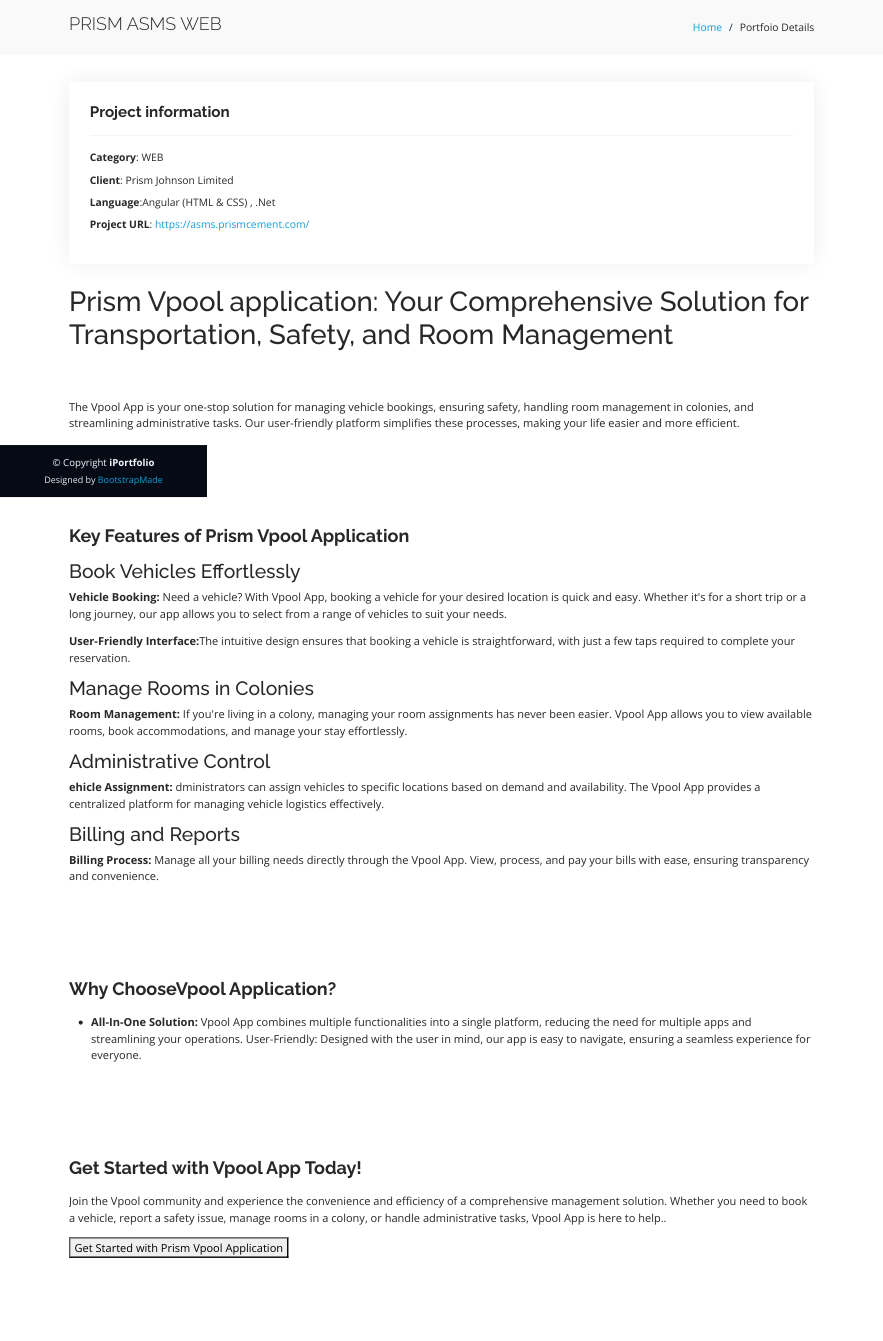
Repository: ajeettiwari-2809/iPortfolio
Page: asms.html
These files come from the project's save history. The page is drawn as it stood at one moment and after the next save; the edit follows.
The browser window is 1280 px wide. The pictures show the whole page, at 69% of full size.

Above is the page before, as saved 2024-06-05 15:27:57.

### asms.html
<!DOCTYPE html>
<html lang="en">

<head>
  <meta charset="utf-8">
  <meta content="width=device-width, initial-scale=1.0" name="viewport">

  <title>Prism ASMS APP </title>


  <!-- Favicons -->

  <!-- Google Fonts -->
  <link href="https://fonts.googleapis.com/css?family=Open+Sans:300,300i,400,400i,600,600i,700,700i|Raleway:300,300i,400,400i,500,500i,600,600i,700,700i|Poppins:300,300i,400,400i,500,500i,600,600i,700,700i" rel="stylesheet">

  <!-- Vendor CSS Files -->
  <link href="assets/vendor/aos/aos.css" rel="stylesheet">
  <link href="assets/vendor/bootstrap/css/bootstrap.min.css" rel="stylesheet">
  <link href="assets/vendor/bootstrap-icons/bootstrap-icons.css" rel="stylesheet">
  <link href="assets/vendor/boxicons/css/boxicons.min.css" rel="stylesheet">
  <link href="assets/vendor/glightbox/css/glightbox.min.css" rel="stylesheet">
  <link href="assets/vendor/swiper/swiper-bundle.min.css" rel="stylesheet">

  <!-- Template Main CSS File -->
  <link href="assets/css/style.css" rel="stylesheet">

  <!-- =======================================================
  * Template Name: iPortfolio
  * Template URL: https://bootstrapmade.com/iportfolio-bootstrap-portfolio-websites-template/
  * Updated: Mar 17 2024 with Bootstrap v5.3.3
  * Author: BootstrapMade.com
  * License: https://bootstrapmade.com/license/
  ======================================================== -->
</head>

<body>

  <!-- ======= Mobile nav toggle button ======= -->
  <!-- <i class="bi bi-list mobile-nav-toggle d-xl-none"></i> -->

  <!-- ======= Header ======= -->



    <!-- ======= Breadcrumbs ======= -->
    <section id="breadcrumbs" class="breadcrumbs">
      <div class="container">

        <div class="d-flex justify-content-between align-items-center">
          <h2>PRISM ASMS WEB</h2>
          <ol>
            <li><a href="index.html">Home</a></li>
            <li>Portfoio Details</li>
          </ol>
        </div>

      </div>
    </section><!-- End Breadcrumbs -->

    <!-- ======= Portfolio Details Section ======= -->
    <!-- <section id="portfolio-details" class="portfolio-details">
      <div class="container">

        <div class="row gy-4">

          <div class="col-lg-8">
            <div class="portfolio-details-slider swiper">
              <div class="swiper-wrapper align-items-center">

                <div class="swiper-slide">
                  <img src="assets/img/portfolio/portfolio-details-1.jpg" alt="">
                </div>

                <div class="swiper-slide">
                  <img src="assets/img/portfolio/portfolio-details-2.jpg" alt="">
                </div>

                <div class="swiper-slide">
                  <img src="assets/img/portfolio/portfolio-details-3.jpg" alt="">
                </div>

              </div>
              <div class="swiper-pagination"></div>
            </div>
          </div>

          <div class="col-lg-4">
            <div class="portfolio-info">
              <h3>Project information</h3>
              <ul>
                <li><strong>Category</strong>: Android </li>
                <li><strong>Client</strong>: Prism Johnson Limited</li>

                <li><strong>Project URL</strong>: <a href="https://play.google.com/store/search?q=prism%20aspire&c=apps&hl=en-IN">https://play.google.com/store/search?q=prism%20aspire&c=apps&hl=en-IN</a></li>
              </ul>
            </div>
            <div class="portfolio-description">
              <header>
                <h1>Prism Aspire App: Empowering Architect and Engineering Excellence</h1>
            </header>

            <section class="intro">
                <p>At Prism Johnson Limited, we understand the unique challenges faced by architects and engineers in managing projects efficiently. That’s why we’ve developed the <strong>Prism Aspire App</strong>, a comprehensive solution designed to enhance your workflow and ensure seamless project management. With a focus on user-friendly functionality, Prism Aspire offers a range of features tailored to meet the specific needs of the architectural and engineering community.</p>
            </section>

            <section class="features">
                <h2>Key Features of Prism Aspire</h2>
                <div class="feature-card">
                    <h3>Lead Management</h3>
                    <p><strong>Add New Leads:</strong> Easily input new project leads directly into the app. Capture all relevant details, ensuring no opportunity is missed.</p>
                    <p><strong>Verify Leads:</strong> Use the app to verify the authenticity and viability of leads. Streamline the process of validating project opportunities, saving time and resources.</p>
                </div>

                <div class="feature-card">
                    <h3>Lead Approval</h3>
                    <p><strong>Approve Leads:</strong> Manage lead approval efficiently with a few simple taps. Ensure that only verified and viable leads move forward, maintaining high standards of project quality.</p>
                </div>

                <div class="feature-card">
                    <h3>Redemption Management</h3>
                    <p><strong>Redeem Points:</strong> Accumulate and redeem points earned through successful project completions and lead conversions. Enjoy a straightforward redemption process directly within the app.</p>
                </div>

                <div class="feature-card">
                    <h3>Catalogue Points</h3>
                    <p><strong>Explore Catalogue:</strong> Browse through a comprehensive catalogue of rewards and benefits. Use your accumulated points to access exclusive offers, tools, and resources tailored for architects and engineers.</p>
                </div>
            </section>

            <section class="benefits">
                <h2>Why Choose Prism Aspire?</h2>
                <ul>
                    <li><strong>User-Friendly Interface:</strong> Designed with simplicity in mind, the app’s intuitive interface ensures you can manage leads, approvals, and redemptions with ease.</li>
                    <li><strong>Efficiency:</strong> Streamline your workflow by managing all aspects of lead generation and project approval in one place, reducing administrative overhead.</li>
                    <li><strong>Rewards System:</strong> Earn points for your efforts and redeem them for valuable rewards, enhancing your professional toolkit and supporting your ongoing projects.</li>
                    <li><strong>Comprehensive Support:</strong> Access a wealth of resources and support within the app to assist you in maximizing its features and capabilities.</li>
                </ul>
            </section>

            <section class="call-to-action">
                <h2>Empowering Your Success</h2>
                <p>Prism Aspire is more than just an app; it’s a partner in your professional journey. By integrating essential project management features into a single platform, we help you stay organized, make informed decisions, and reward your hard work. Whether you’re managing a small-scale project or overseeing multiple large ventures, Prism Aspire provides the tools you need to excel.</p>
                <button class="download-btn">Get Started with Prism Aspire</button>
            </section>

              </p>
            </div>
          </div>

        </div>

      </div>
    </section>End Portfolio Details Section -->

    <section id="portfolio-details" class="portfolio-details">
      <div class="container">


        <div class="portfolio-info">
          <h3>Project information</h3>
          <ul>
            <li><strong>Category</strong>: WEB </li>
            <li><strong>Client</strong>: Prism Johnson Limited</li>
            <li><strong>Language</strong>:Angular  (HTML & CSS) , .Net  </li>
            <li><strong>Project URL</strong>: <a href="https://asms.prismcement.com/">https://asms.prismcement.com/</a></li>
          </ul>
        </div>

        <div class="portfolio-description">
          <header>
            <h1>Prism Vpool application: Your Comprehensive Solution for Transportation, Safety, and Room Management</h1>
          </header>

          <section class="intro">
            <p>The Vpool App is your one-stop solution for managing vehicle bookings, ensuring safety, handling room management in colonies, and streamlining administrative tasks. Our user-friendly platform simplifies these processes, making your life easier and more efficient.</p>
          </section>

          <section class="features">
            <h2>Key Features of Prism Vpool Application</h2>
            <div class="feature-card">
              <h3> Book Vehicles Effortlessly</h3>
              <p><strong>Vehicle Booking:</strong> Need a vehicle? With Vpool App, booking a vehicle for your desired location is quick and easy. Whether it's for a short trip or a long journey, our app allows you to select from a range of vehicles to suit your needs.</p>
              <p><strong>User-Friendly Interface:</strong>The intuitive design ensures that booking a vehicle is straightforward, with just a few taps required to complete your reservation.</p>
            </div>

            <div class="feature-card">
              <h3>Manage Rooms in Colonies</h3>
              <p><strong>Room Management:</strong> If you're living in a colony, managing your room assignments has never been easier. Vpool App allows you to view available rooms, book accommodations, and manage your stay effortlessly.</p>
            </div>

            <div class="feature-card">
              <h3> Administrative Control</h3>
              <p><strong>ehicle Assignment:</strong> dministrators can assign vehicles to specific locations based on demand and availability. The Vpool App provides a centralized platform for managing vehicle logistics effectively.</p>
            </div>

            <div class="feature-card">
              <h3>Billing and Reports</h3>
              <p><strong>Billing Process:</strong> Manage all your billing needs directly through the Vpool App. View, process, and pay your bills with ease, ensuring transparency and convenience.</p>
            </div>
          </section>

          <section class="benefits">
            <h2>Why ChooseVpool Application?</h2>
            <ul>
              <li><strong>All-In-One Solution:</strong> Vpool App combines multiple functionalities into a single platform, reducing the need for multiple apps and streamlining your operations.
                User-Friendly: Designed with the user in mind, our app is easy to navigate, ensuring a seamless experience for everyone.</li>

            </ul>
          </section>

          <section class="call-to-action">
            <h2>Get Started with Vpool App Today!</h2>
            <p>Join the Vpool community and experience the convenience and efficiency of a comprehensive management solution. Whether you need to book a vehicle, report a safety issue, manage rooms in a colony, or handle administrative tasks, Vpool App is here to help..</p>
            <button class="download-btn">Get Started with Prism Vpool Application</button>
          </section>
        </div>
      </div>
    </section>







  <!-- ======= Footer ======= -->
  <footer id="footer">
    <div class="container">
      <div class="copyright">
        &copy; Copyright <strong><span>iPortfolio</span></strong>
      </div>
      <div class="credits">
        <!-- All the links in the footer should remain intact. -->
        <!-- You can delete the links only if you purchased the pro version. -->
        <!-- Licensing information: https://bootstrapmade.com/license/ -->
        <!-- Purchase the pro version with working PHP/AJAX contact form: https://bootstrapmade.com/iportfolio-bootstrap-portfolio-websites-template/ -->
        Designed by <a href="https://bootstrapmade.com/">BootstrapMade</a>
      </div>
    </div>
  </footer><!-- End  Footer -->

  <a href="#" class="back-to-top d-flex align-items-center justify-content-center"><i class="bi bi-arrow-up-short"></i></a>

  <!-- Vendor JS Files -->
  <script src="assets/vendor/purecounter/purecounter_vanilla.js"></script>
  <script src="assets/vendor/aos/aos.js"></script>
  <script src="assets/vendor/bootstrap/js/bootstrap.bundle.min.js"></script>
  <script src="assets/vendor/glightbox/js/glightbox.min.js"></script>
  <script src="assets/vendor/isotope-layout/isotope.pkgd.min.js"></script>
  <script src="assets/vendor/swiper/swiper-bundle.min.js"></script>
  <script src="assets/vendor/typed.js/typed.umd.js"></script>
  <script src="assets/vendor/waypoints/noframework.waypoints.js"></script>
  <script src="assets/vendor/php-email-form/validate.js"></script>

  <!-- Template Main JS File -->
  <script src="assets/js/main.js"></script>

</body>

</html>

Loaded but not shown: assets/vendor/aos/aos.css (library); assets/vendor/bootstrap/css/bootstrap.min.css (library); assets/vendor/bootstrap-icons/bootstrap-icons.css (library); assets/vendor/boxicons/css/boxicons.min.css (library); assets/vendor/glightbox/css/glightbox.min.css (library); assets/vendor/swiper/swiper-bundle.min.css (library); assets/vendor/purecounter/purecounter_vanilla.js (library); assets/vendor/aos/aos.js (library); assets/vendor/bootstrap/js/bootstrap.bundle.min.js (library); assets/vendor/glightbox/js/glightbox.min.js (library); assets/vendor/isotope-layout/isotope.pkgd.min.js (library); assets/vendor/swiper/swiper-bundle.min.js (library); assets/vendor/typed.js/typed.umd.js (library); assets/vendor/waypoints/noframework.waypoints.js (library); assets/vendor/php-email-form/validate.js (common file); assets/js/main.js (263 lines, source omitted); assets/css/style.css (1106 lines, source omitted)

After the next save:
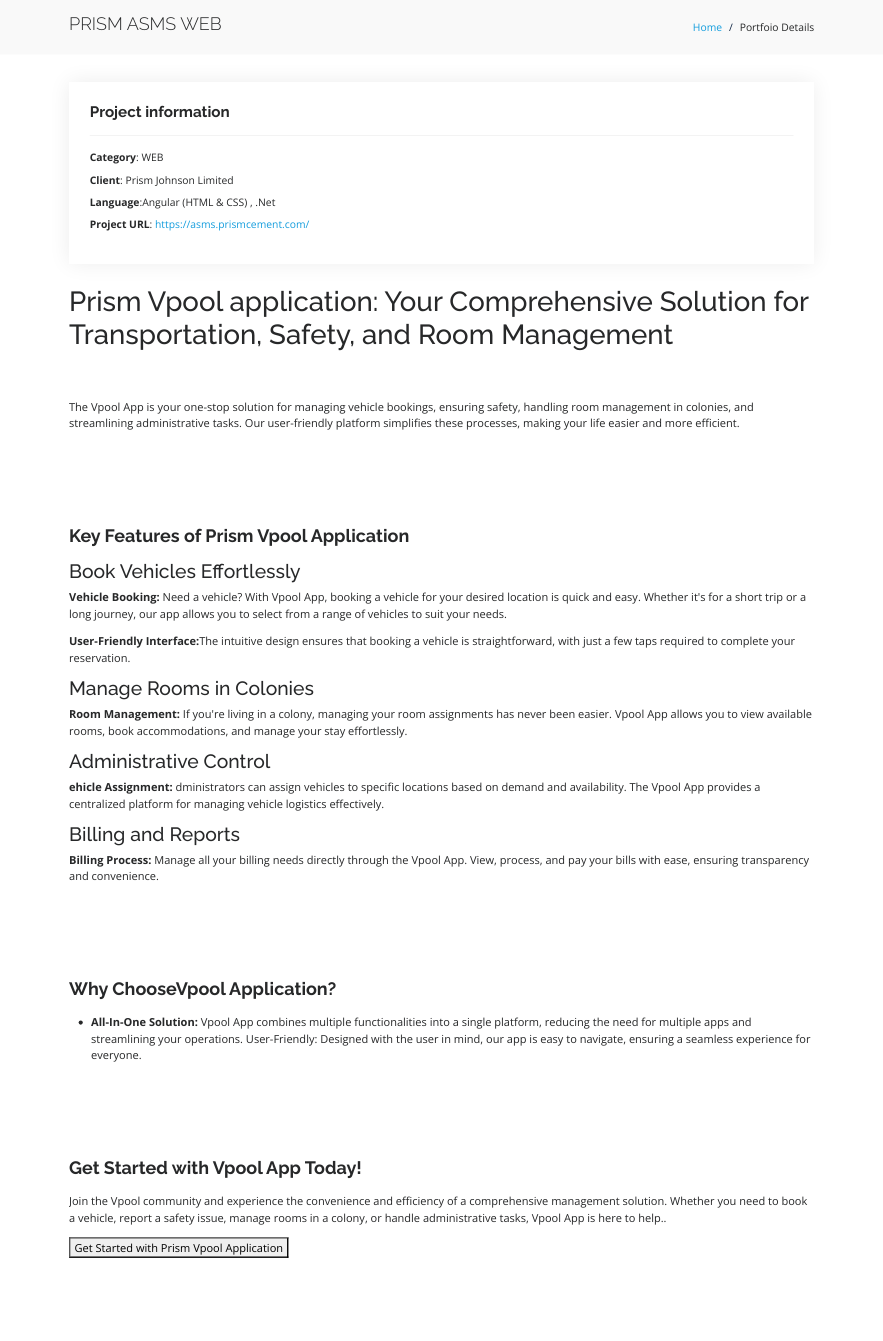
Saved 10 min 3 s later.
--- a/asms.html
+++ b/asms.html
@@ -224,20 +224,7 @@
 
 
   <!-- ======= Footer ======= -->
-  <footer id="footer">
-    <div class="container">
-      <div class="copyright">
-        &copy; Copyright <strong><span>iPortfolio</span></strong>
-      </div>
-      <div class="credits">
-        <!-- All the links in the footer should remain intact. -->
-        <!-- You can delete the links only if you purchased the pro version. -->
-        <!-- Licensing information: https://bootstrapmade.com/license/ -->
-        <!-- Purchase the pro version with working PHP/AJAX contact form: https://bootstrapmade.com/iportfolio-bootstrap-portfolio-websites-template/ -->
-        Designed by <a href="https://bootstrapmade.com/">BootstrapMade</a>
-      </div>
-    </div>
-  </footer><!-- End  Footer -->
+
 
   <a href="#" class="back-to-top d-flex align-items-center justify-content-center"><i class="bi bi-arrow-up-short"></i></a>
 
